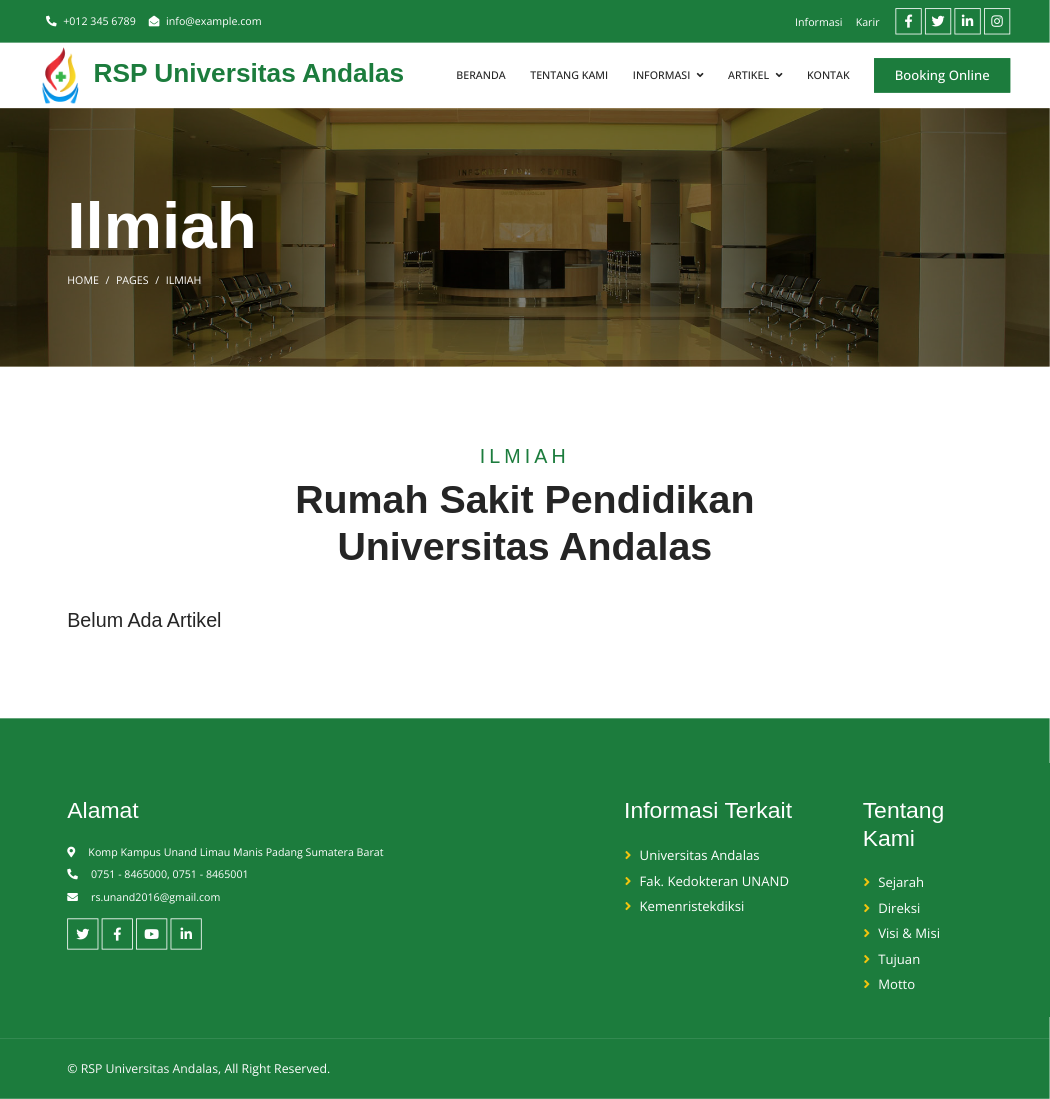
Repository: vivin-erialis/rsunand-site
Page: http://localhost/ilmiah
An editor plug-in stored every save of this project. The page is shown before and after the next save, followed by the edit.
The browser window is 1280 px wide. The pictures show the whole page, at 82% of full size.
Some web fonts or font styles are not loaded; a fallback is used. Some web libraries are served in a nearby version. The page is served by the project's Laravel application, run on PHP 8.4 with Laravel 12. Queries for data that is not in the repository find no rows.

Above is the page before, as saved 2024-04-29 09:59:11.
Console error: TypeError: Cannot read properties of undefined (reading 'version')

After the next save:
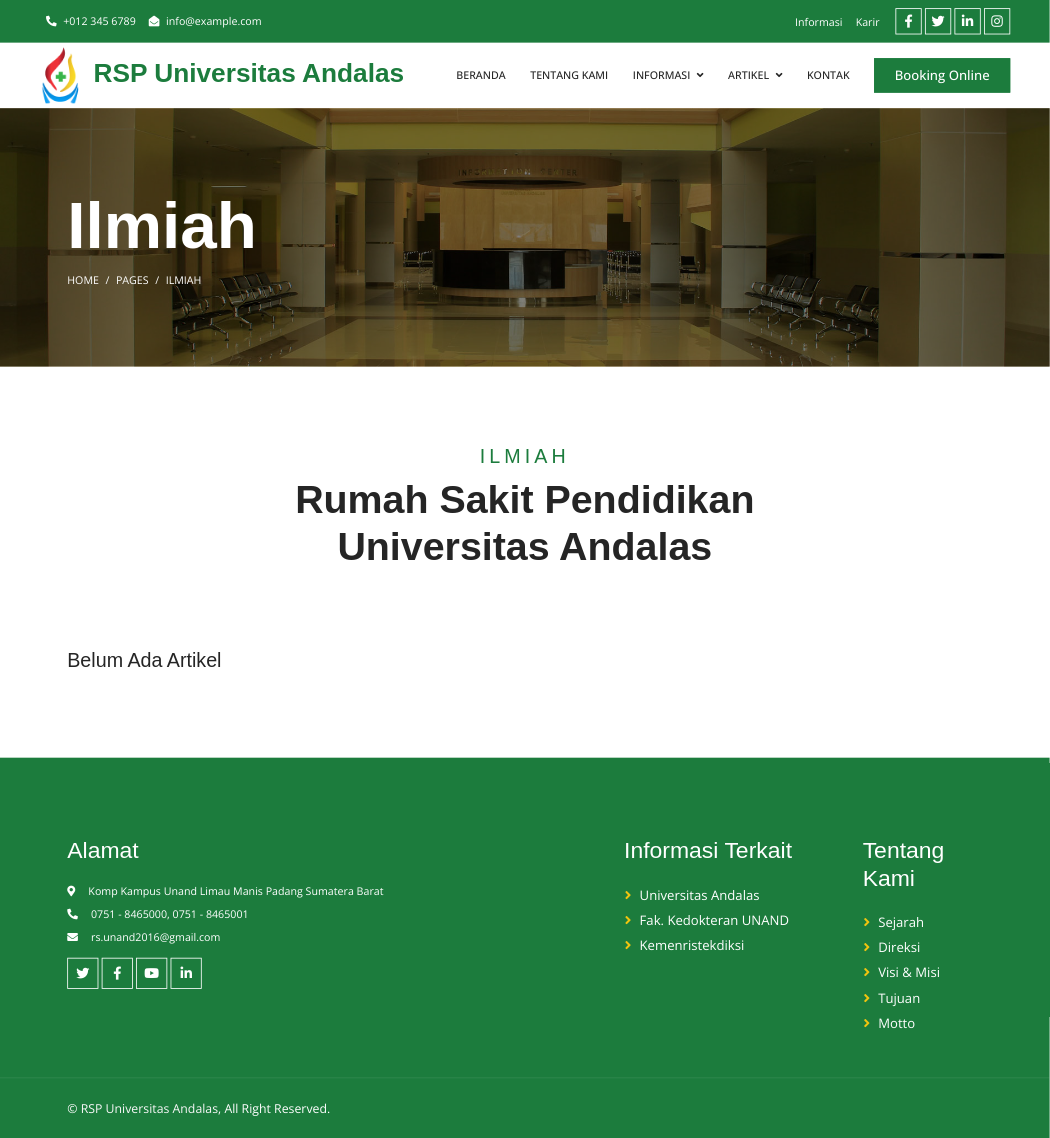
Saved 11 s later.
--- a/resources/views/Frontend/artikel/ilmiah.blade.php
+++ b/resources/views/Frontend/artikel/ilmiah.blade.php
@@ -11,7 +11,7 @@
             </div>
             <dvi class="container-berita">
                 @if ($ilmiah->isEmpty())
-                    <h4 class="">Belum Ada Artikel</h4>
+                    <h4 class="mt-5">Belum Ada Artikel</h4>
                 @endif
                 @foreach ($ilmiah as $item)
                     <div class="card">
